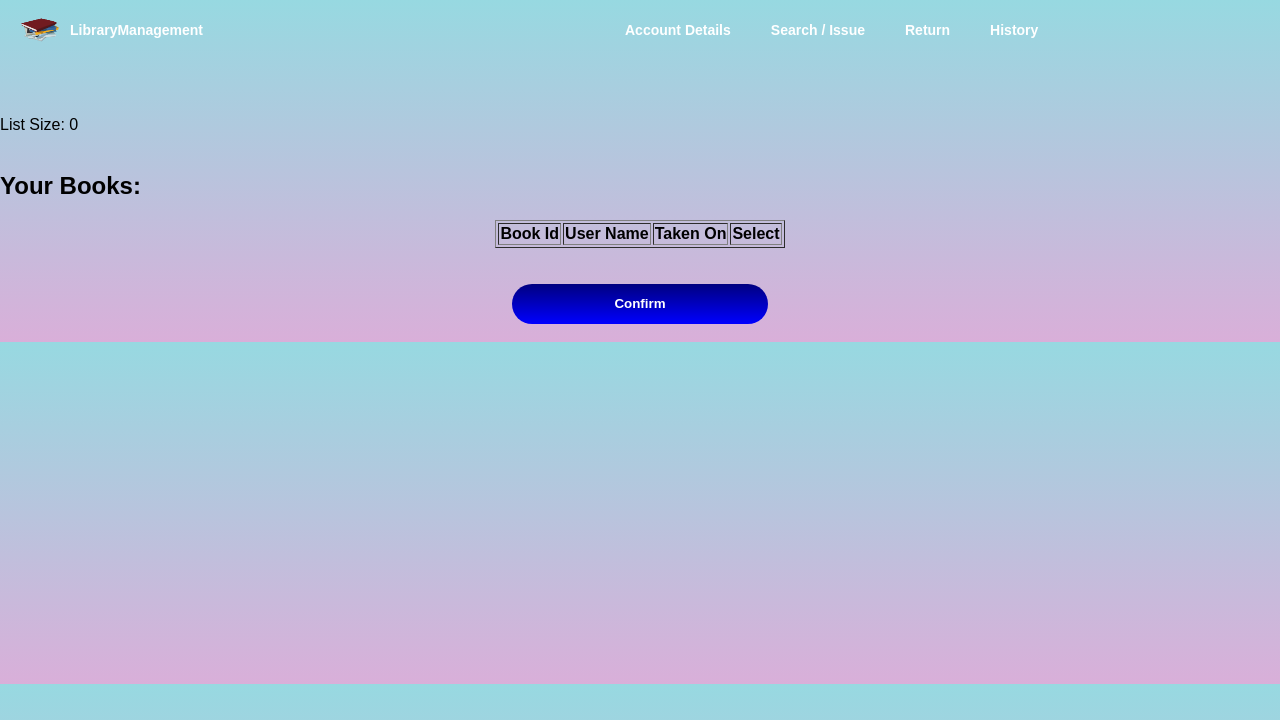
Repository: amitSai12/CMS
Page: http://localhost/LibraryManagementDemo/TranBook.jsp
The author's editor kept a copy of each file at every save. The page is drawn from the files as they stood at one save, then again after the next save.
The browser window is 1280 px wide. The pictures show the whole page.
The page is served by Tomcat 9. Queries for data that is not in the repository find no rows.

Above is the page before, as saved 2023-10-01 19:45:18.

After the next save:
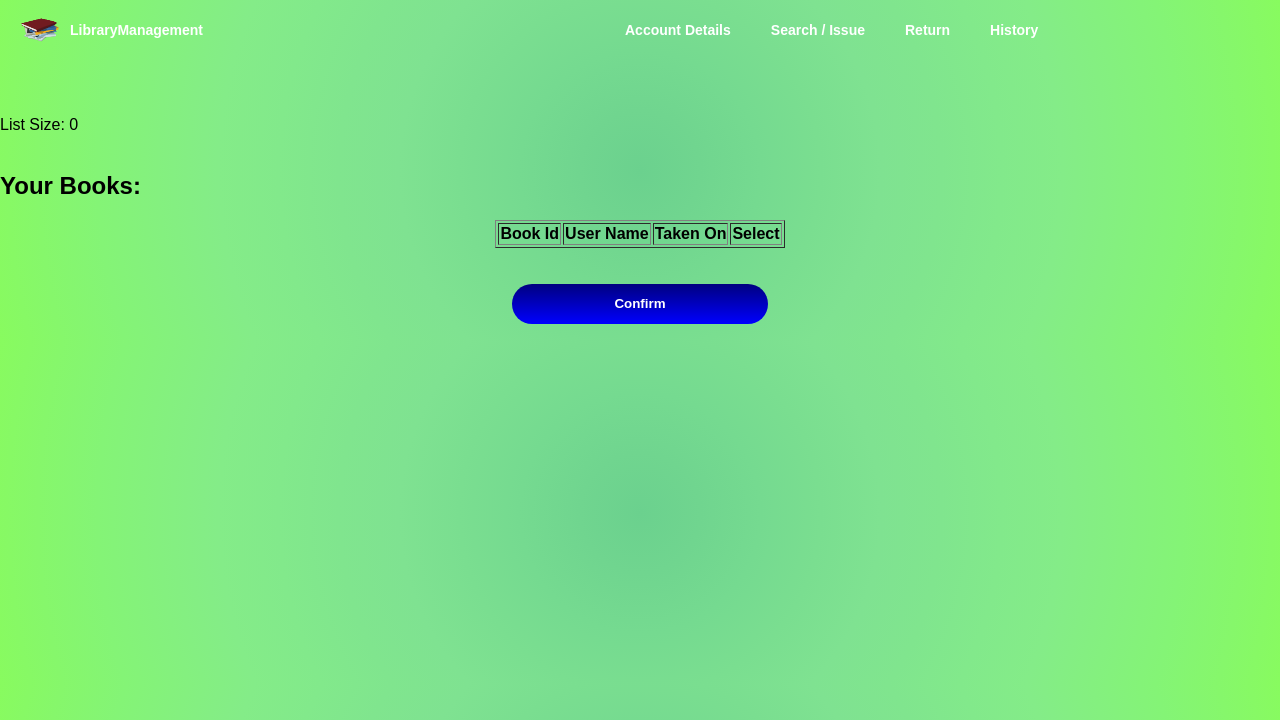
Saved 111 s later.
--- a/Day1_Thu/LibraryManagementDemo/src/main/webapp/menu.css
+++ b/Day1_Thu/LibraryManagementDemo/src/main/webapp/menu.css
@@ -1,8 +1,6 @@
 body {
     font-family: Arial, sans-serif;
-    background-color: #D9AFD9;
-background-image: linear-gradient(0deg, #D9AFD9 0%, #97D9E1 100%);
-
+    background-image: radial-gradient(circle, #6bd18e, #70d58f, #75da90, #7ade90, #7fe291, #80e58e, #82e98b, #84ec88, #84f07f, #84f476, #86f76b, #88fb5f);
     margin: 0;
     padding: 0;
 }
